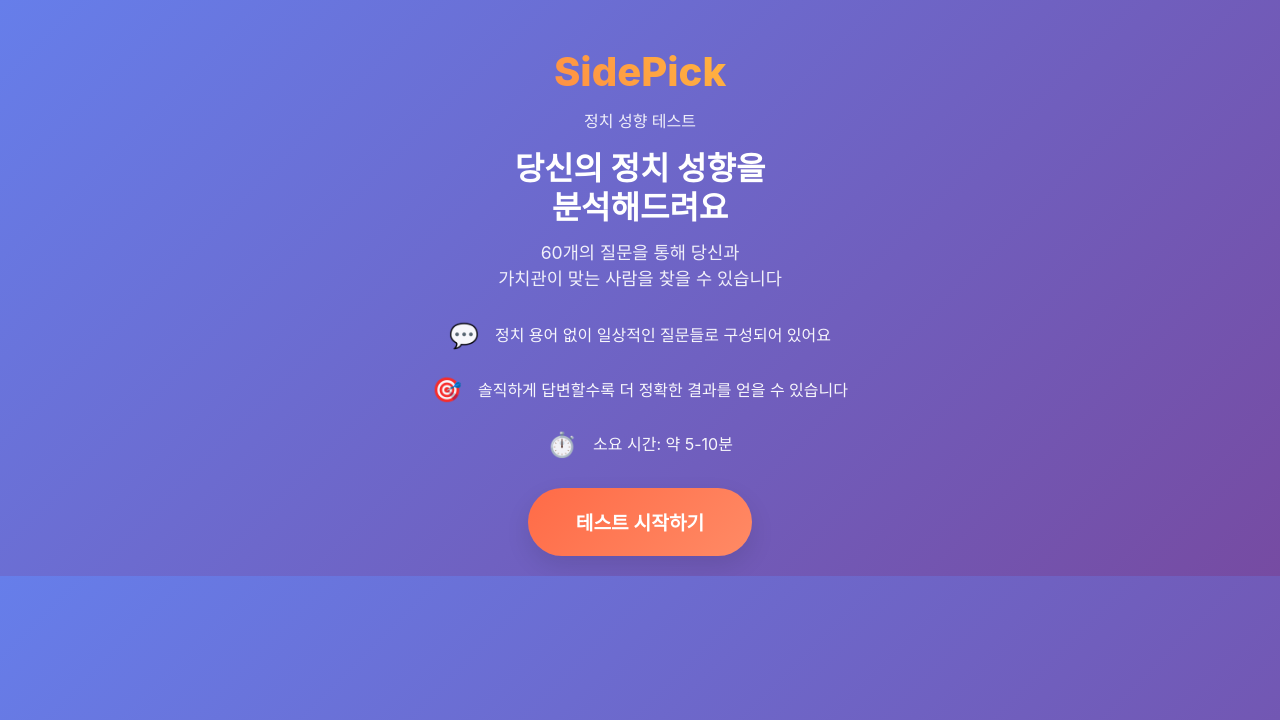
Repository: BaeEunho/sidepick
Page: test.html
The author's editor kept a copy of each file at every save. The page is drawn from the files as they stood at one save, then again after the next save.
The browser window is 1280 px wide. The pictures show the whole page.

Above is the page before, as saved 2025-07-06 11:26:16.

### test.html
<!DOCTYPE html>
<html lang="ko">
<head>
    <!-- Google Tag Manager -->
    <script>(function(w,d,s,l,i){w[l]=w[l]||[];w[l].push({'gtm.start':
    new Date().getTime(),event:'gtm.js'});var f=d.getElementsByTagName(s)[0],
    j=d.createElement(s),dl=l!='dataLayer'?'&l='+l:'';j.async=true;j.src=
    'https://www.googletagmanager.com/gtm.js?id='+i+dl;f.parentNode.insertBefore(j,f);
    })(window,document,'script','dataLayer','GTM-NBFJXK8L');</script>
    <!-- End Google Tag Manager -->
    <meta charset="UTF-8">
    <meta name="viewport" content="width=device-width, initial-scale=1.0, user-scalable=no, maximum-scale=1.0">
    <title>SidePick 정치 성향 테스트</title>
    <link rel="stylesheet" href="test-style.css">
</head>
<body>
    <!-- 테스트 시작 화면 -->
    <div id="intro-screen" class="screen active">
        <div class="container">
            <div class="intro-content">
                <div class="logo">
                    <h1>SidePick</h1>
                    <div class="logo-subtitle">정치 성향 테스트</div>
                </div>

                <div class="intro-text">
                    <h2>당신의 정치 성향을<br>분석해드려요</h2>
                    <p class="subtitle">60개의 질문을 통해 당신과<br>가치관이 맞는 사람을 찾을 수 있습니다</p>

                    <div class="features">
                        <div class="feature-item">
                            <span class="icon">💬</span>
                            <span>정치 용어 없이 일상적인 질문들로 구성되어 있어요</span>
                        </div>
                        <div class="feature-item">
                            <span class="icon">🎯</span>
                            <span>솔직하게 답변할수록 더 정확한 결과를 얻을 수 있습니다</span>
                        </div>
                        <div class="feature-item">
                            <span class="icon">⏱️</span>
                            <span>소요 시간: 약 5-10분</span>
                        </div>
                    </div>
                </div>

                <button id="start-test-btn" class="start-btn">테스트 시작하기</button>
            </div>
        </div>
    </div>

    <!-- 질문 화면 -->
    <div id="question-screen" class="screen">
        <div class="container">
            <!-- 상단 진행률 -->
            <div class="progress-section">
                <div class="progress-info">
                    <span id="current-question">1</span> / <span id="total-questions">60</span>
                </div>
                <div class="progress-bar">
                    <div id="progress-fill" class="progress-fill"></div>
                </div>
            </div>

            <!-- 질문 영역 -->
            <div class="question-content">
                <h2 id="question-text" class="question-text">
                    회사가 어려울 때 정부가 지원하는 것이 필요하다고 생각해요
                </h2>

                <!-- 답변 옵션 -->
                <div class="answer-options">
                    <button class="answer-btn" data-value="1">
                        <span class="answer-text">매우 반대해요</span>
                        <span class="answer-value">1</span>
                    </button>
                    <button class="answer-btn" data-value="2">
                        <span class="answer-text">반대해요</span>
                        <span class="answer-value">2</span>
                    </button>
                    <button class="answer-btn neutral" data-value="3">
                        <span class="answer-text">보통이에요</span>
                        <span class="answer-value">3</span>
                    </button>
                    <button class="answer-btn" data-value="4">
                        <span class="answer-text">찬성해요</span>
                        <span class="answer-value">4</span>
                    </button>
                    <button class="answer-btn" data-value="5">
                        <span class="answer-text">매우 찬성해요</span>
                        <span class="answer-value">5</span>
                    </button>
                </div>
            </div>

            <!-- 하단 네비게이션 -->
            <div class="navigation">
                <button id="prev-btn" class="nav-btn secondary" disabled>이전</button>
                <button id="next-btn" class="nav-btn primary" disabled>다음</button>
            </div>
        </div>
    </div>

    <!-- 결과 화면 -->
    <div id="result-screen" class="screen">
        <div class="container">
            <div class="result-content">
                <div class="result-header">
                    <h2>당신의 정치 성향은</h2>
                    <div id="result-type" class="result-type">시장개방형</div>
                    <div id="result-code" class="result-code">MPOS</div>
                </div>

                <div id="result-description" class="result-description">
                    <p>당신은 시장 경제를 지지하면서도 사회적 진보를 추구하는 성향을 가지고 있습니다.
                    자유로운 경제 활동을 중요하게 생각하지만, 동시에 사회적 다양성과 개방성을 지지합니다.</p>
                </div>

                <!-- 점수 차트 -->
                <div class="score-chart">
                    <h3>상세 점수</h3>
                    <div class="chart-container">
                        <div class="chart-item">
                            <div class="chart-label">
                                <span class="label-left">정부개입</span>
                                <span class="label-right">시장경제</span>
                            </div>
                            <div class="chart-bar">
                                <div id="economic-bar" class="chart-fill" style="width: 70%; margin-left: 50%;"></div>
                            </div>
                        </div>

                        <div class="chart-item">
                            <div class="chart-label">
                                <span class="label-left">보수사회</span>
                                <span class="label-right">진보사회</span>
                            </div>
                            <div class="chart-bar">
                                <div id="social-bar" class="chart-fill" style="width: 60%; margin-left: 50%;"></div>
                            </div>
                        </div>

                        <div class="chart-item">
                            <div class="chart-label">
                                <span class="label-left">전통문화</span>
                                <span class="label-right">개방문화</span>
                            </div>
                            <div class="chart-bar">
                                <div id="culture-bar" class="chart-fill" style="width: 80%; margin-left: 50%;"></div>
                            </div>
                        </div>

                        <div class="chart-item">
                            <div class="chart-label">
                                <span class="label-left">전문가주도</span>
                                <span class="label-right">시민참여</span>
                            </div>
                            <div class="chart-bar">
                                <div id="participation-bar" class="chart-fill" style="width: 65%; margin-left: 50%;"></div>
                            </div>
                        </div>
                    </div>
                </div>

                <!-- CTA 버튼들 -->
                <div class="result-actions">
                    <button id="get-matching-btn" class="cta-btn primary large">
                        매칭 받기 (6,900원)
                    </button>
                    <button id="save-result-btn" class="cta-btn secondary">
                        결과만 저장하기
                    </button>
                    <button id="share-result-btn" class="cta-btn tertiary">
                        결과 공유하기
                    </button>
                </div>

                <!-- 다시 테스트하기 -->
                <div class="restart-section">
                    <button id="restart-test-btn" class="restart-btn">
                        다시 테스트하기
                    </button>
                </div>
            </div>
        </div>
    </div>

    <!-- 로딩 화면 -->
    <div id="loading-screen" class="screen">
        <div class="container">
            <div class="loading-content">
                <div class="loading-spinner"></div>
                <h2>결과를 분석하고 있어요...</h2>
                <p>잠시만 기다려주세요</p>
            </div>
        </div>
    </div>

    <!-- JavaScript 파일들 -->
    <script src="questions.js"></script>
    <script src="results.js"></script>
    <script src="result-data.js"></script>
    <script src="test-script.js"></script>
</body>
</html>

### test-style.css
/* Reset and Base Styles */
* {
  margin: 0;
  padding: 0;
  box-sizing: border-box;
}

html {
  min-height: auto !important;
  margin: 0;
  padding: 0;
  overflow: hidden;
}

body {
  font-family: -apple-system, BlinkMacSystemFont, "Segoe UI", "Roboto",
    "Helvetica Neue", Arial, sans-serif;
  line-height: 1.6;
  color: #2c3e50;
  background: linear-gradient(135deg, #667eea 0%, #764ba2 100%);
  height: auto !important;
  /* min-height: auto !important;
  max-height: none !important; */
  overflow-x: hidden;
  overflow-y: hidden;
  margin: 0;
  padding: 0;
  min-height: 100%;
}

/* Color Variables */
:root {
  --primary-navy: #1e3a8a;
  --dark-navy: #1e293b;
  --light-navy: #3b82f6;
  --coral: #ff6b47;
  --coral-hover: #e55a3b;
  --gray-50: #f8fafc;
  --gray-100: #f1f5f9;
  --gray-200: #e2e8f0;
  --gray-300: #cbd5e1;
  --gray-600: #475569;
  --gray-800: #1e293b;
  --white: #ffffff;
  --shadow: 0 10px 25px rgba(0, 0, 0, 0.1);
  --shadow-lg: 0 20px 40px rgba(0, 0, 0, 0.15);
}

/* Screen Management */
.screen {
  position: absolute;
  top: 0;
  left: 0;
  width: 100%;
  height: 0;
  overflow: hidden;
  display: none !important;
  align-items: flex-start;
  justify-content: center;
  opacity: 0;
  visibility: hidden;
  z-index: 1;
  padding: 0;
  margin: 0;
  box-sizing: border-box;
}

.screen.active {
  position: relative !important;
  height: auto !important;
  overflow: visible !important;
  display: flex !important;
  opacity: 1;
  visibility: visible;
  z-index: 10;
  padding: 10px;
}

.container {
  max-width: 800px;
  width: 100%;
  padding: 0 20px;
}

/* Intro Screen */
#intro-screen {
  background: linear-gradient(135deg, #667eea 0%, #764ba2 100%);
  min-height: auto;
  height: auto;
  align-items: flex-start;
  padding-top: 40px;
  padding-bottom: 20px;
  display: none !important;
}

#intro-screen.active {
  position: relative !important;
  height: auto !important;
  overflow: visible !important;
  display: flex !important;
  opacity: 1 !important;
  visibility: visible !important;
  padding: 40px 10px 20px 10px;
}

.intro-content {
  text-align: center;
  color: white;
  width: 100%;
  max-width: 600px;
  margin: 0 auto;
  padding: 0;
}

.logo h1 {
  font-size: 2.5rem;
  font-weight: 800;
  margin-bottom: 0.3rem;
  background: linear-gradient(45deg, #ff6b47, #ffd93d);
  -webkit-background-clip: text;
  -webkit-text-fill-color: transparent;
  background-clip: text;
}

.logo-subtitle {
  font-size: 1rem;
  margin-bottom: 1rem;
  opacity: 0.9;
}

.intro-text h2 {
  font-size: 2rem;
  font-weight: 700;
  margin-bottom: 0.8rem;
  line-height: 1.2;
}

.intro-text .subtitle {
  font-size: 1.1rem;
  margin-bottom: 1.5rem;
  opacity: 0.9;
  line-height: 1.5;
}

.features {
  margin-bottom: 1.5rem;
}

.feature-item {
  display: flex;
  align-items: center;
  justify-content: center;
  margin-bottom: 1rem;
  font-size: 1rem;
  opacity: 0.95;
}

.feature-item .icon {
  font-size: 1.5rem;
  margin-right: 1rem;
}

/* Buttons */
.start-btn,
.cta-btn,
.nav-btn {
  font-family: inherit;
  font-size: 1.1rem;
  font-weight: 600;
  padding: 1rem 2rem;
  border: none;
  border-radius: 50px;
  cursor: pointer;
  transition: all 0.3s ease;
  text-decoration: none;
  display: inline-block;
  text-align: center;
}

.start-btn {
  background: linear-gradient(135deg, var(--coral) 0%, #ff8a65 100%);
  color: white;
  padding: 1.25rem 3rem;
  font-size: 1.2rem;
  box-shadow: var(--shadow);
  margin-top: 0;
  margin-bottom: 0;
}

.start-btn:hover {
  background: linear-gradient(135deg, var(--coral-hover) 0%, #ff7043 100%);
  transform: translateY(-2px);
  box-shadow: var(--shadow-lg);
}

/* Question Screen */
#question-screen {
  background: transparent;
  display: none !important;
}

#question-screen.active {
  display: flex !important;
}

.progress-section {
  margin-bottom: 1.5rem;
  background: white;
  padding: 1rem;
  border-radius: 15px;
  box-shadow: var(--shadow);
}

.progress-info {
  text-align: center;
  font-size: 1rem;
  font-weight: 600;
  color: var(--gray-600);
  margin-bottom: 0.8rem;
}

.progress-bar {
  width: 100%;
  height: 8px;
  background: var(--gray-200);
  border-radius: 4px;
  overflow: hidden;
}

.progress-fill {
  height: 100%;
  background: linear-gradient(90deg, var(--coral), var(--light-navy));
  border-radius: 4px;
  transition: width 0.3s ease;
  width: 0%;
}

.question-content {
  background: white;
  padding: 2rem 1.5rem;
  border-radius: 20px;
  box-shadow: var(--shadow);
  margin-bottom: 1rem;
  text-align: center;
}

.question-text {
  font-size: 1.8rem;
  font-weight: 600;
  margin-bottom: 2rem;
  line-height: 1.4;
  color: var(--dark-navy);
}

.answer-options {
  display: flex;
  flex-direction: column;
  gap: 1rem;
  max-width: 500px;
  margin: 0 auto;
}

.answer-btn {
  display: flex;
  justify-content: space-between;
  align-items: center;
  padding: 1.25rem 1.5rem;
  background: var(--gray-100);
  border: 2px solid transparent;
  border-radius: 12px;
  cursor: pointer;
  transition: all 0.3s ease;
  font-size: 1rem;
  font-weight: 500;
}

.answer-btn:hover {
  background: var(--gray-200);
  transform: translateY(-2px);
  box-shadow: 0 4px 12px rgba(0, 0, 0, 0.1);
}

.answer-btn.selected {
  background: var(--coral);
  color: white;
  border-color: var(--coral);
}

.answer-btn.neutral {
  background: var(--gray-200);
}

.answer-btn.neutral:hover {
  background: var(--gray-300);
}

.answer-value {
  font-weight: 600;
  opacity: 0.7;
}

.answer-btn.selected .answer-value {
  opacity: 1;
}

/* Navigation */
.navigation {
  display: flex;
  justify-content: space-between;
  gap: 1rem;
}

.nav-btn {
  flex: 1;
  max-width: 200px;
}

.nav-btn.primary {
  background: var(--coral);
  color: white;
}

.nav-btn.primary:hover:not(:disabled) {
  background: var(--coral-hover);
}

.nav-btn.secondary {
  background: var(--gray-200);
  color: var(--gray-600);
}

.nav-btn.secondary:hover:not(:disabled) {
  background: var(--gray-300);
}

.nav-btn:disabled {
  opacity: 0.5;
  cursor: not-allowed;
}

/* Result Screen */
#result-screen {
  background: transparent;
  display: none !important;
}

#result-screen.active {
  display: flex !important;
}

.result-content {
  background: white;
  padding: 3rem 2rem;
  border-radius: 20px;
  box-shadow: var(--shadow);
  text-align: center;
}

.result-header {
  margin-bottom: 3rem;
}

.result-header h2 {
  font-size: 1.5rem;
  margin-bottom: 1rem;
  color: var(--gray-600);
}

.result-type {
  font-size: 2.5rem;
  font-weight: 800;
  color: var(--dark-navy);
  margin-bottom: 0.5rem;
}

.result-code {
  font-size: 1.2rem;
  color: var(--coral);
  font-weight: 600;
  background: var(--gray-100);
  padding: 0.5rem 1rem;
  border-radius: 20px;
  display: inline-block;
}

.result-description {
  font-size: 1.1rem;
  line-height: 1.7;
  color: var(--gray-600);
  margin-bottom: 3rem;
  max-width: 600px;
  margin-left: auto;
  margin-right: auto;
}

/* Score Chart */
.score-chart {
  margin-bottom: 3rem;
}

.score-chart h3 {
  font-size: 1.5rem;
  margin-bottom: 2rem;
  color: var(--dark-navy);
}

.chart-container {
  max-width: 500px;
  margin: 0 auto;
}

.chart-item {
  margin-bottom: 2rem;
}

.chart-label {
  display: flex;
  justify-content: space-between;
  margin-bottom: 0.5rem;
  font-size: 0.9rem;
  color: var(--gray-600);
}

.chart-bar {
  position: relative;
  height: 20px;
  background: var(--gray-200);
  border-radius: 10px;
  overflow: hidden;
}

.chart-fill {
  position: absolute;
  top: 0;
  height: 100%;
  background: linear-gradient(90deg, var(--coral), var(--light-navy));
  border-radius: 10px;
  transition: all 0.8s ease;
}

/* CTA Buttons */
.result-actions {
  display: flex;
  flex-direction: column;
  gap: 1rem;
  margin-bottom: 2rem;
  align-items: center;
}

.cta-btn.large {
  padding: 1.25rem 3rem;
  font-size: 1.2rem;
}

.cta-btn.primary {
  background: var(--coral);
  color: white;
}

.cta-btn.primary:hover {
  background: var(--coral-hover);
}

.cta-btn.secondary {
  background: var(--gray-200);
  color: var(--gray-600);
}

.cta-btn.secondary:hover {
  background: var(--gray-300);
}

.cta-btn.tertiary {
  background: transparent;
  color: var(--coral);
  border: 2px solid var(--coral);
}

.cta-btn.tertiary:hover {
  background: var(--coral);
  color: white;
}

.restart-section {
  margin-top: 2rem;
  padding-top: 2rem;
  border-top: 1px solid var(--gray-200);
}

.restart-btn {
  background: none;
  border: none;
  color: var(--gray-600);
  text-decoration: underline;
  cursor: pointer;
  font-size: 1rem;
}

.restart-btn:hover {
  color: var(--dark-navy);
}

/* Loading Screen */
#loading-screen {
  background: transparent;
  display: none !important;
}

#loading-screen.active {
  display: flex !important;
}

.loading-content {
  text-align: center;
  color: var(--dark-navy);
}

.loading-spinner {
  width: 60px;
  height: 60px;
  border: 4px solid var(--gray-200);
  border-top: 4px solid var(--coral);
  border-radius: 50%;
  animation: spin 1s linear infinite;
  margin: 0 auto 2rem;
}

@keyframes spin {
  0% {
    transform: rotate(0deg);
  }
  100% {
    transform: rotate(360deg);
  }
}

.loading-content h2 {
  font-size: 1.8rem;
  margin-bottom: 1rem;
}

.loading-content p {
  font-size: 1.1rem;
  color: var(--gray-600);
}

/* Responsive Design */
@media (max-width: 768px) {
  .container {
    padding: 0 15px;
  }

  .screen {
    padding: 10px;
  }

  .intro-text h2 {
    font-size: 2rem;
  }

  .intro-text .subtitle {
    font-size: 1.1rem;
  }

  .features {
    margin-bottom: 2rem;
  }

  .intro-text h2 {
    margin-bottom: 1rem;
  }

  .intro-text .subtitle {
    margin-bottom: 2rem;
  }

  .question-text {
    font-size: 1.5rem;
  }

  .question-content {
    padding: 1rem 0.8rem;
    margin-bottom: 1rem;
  }

  .question-text {
    margin-bottom: 1.5rem;
  }

  .progress-section {
    margin-bottom: 1.5rem;
  }

  .result-content {
    padding: 2rem 1.5rem;
  }

  .result-type {
    font-size: 2rem;
  }

  .feature-item {
    flex-direction: column;
    text-align: center;
    gap: 0.5rem;
  }

  .feature-item .icon {
    margin-right: 0;
    margin-bottom: 0.5rem;
  }

  .navigation {
    flex-direction: column;
  }

  .result-actions {
    width: 100%;
  }

  .cta-btn {
    width: 100%;
    max-width: 300px;
  }
}

@media (max-width: 480px) {
  .logo h1 {
    font-size: 2.5rem;
  }

  .intro-text h2 {
    font-size: 1.8rem;
  }

  .question-text {
    font-size: 1.3rem;
  }

  .answer-btn {
    padding: 1rem;
    font-size: 0.9rem;
  }

  .result-type {
    font-size: 1.8rem;
  }

  .screen {
    padding: 5px;
  }

  .question-content {
    padding: 0.8rem 0.5rem;
    margin-bottom: 0.5rem;
  }

  .container {
    padding: 0 10px;
  }
}

/* Smooth transitions - 모바일 최적화 */
.screen {
  transition: none;
}

/* Focus styles for accessibility */
button:focus,
.answer-btn:focus {
  outline: 2px solid var(--coral);
  outline-offset: 2px;
}

/* Animation classes */
.fade-in {
  animation: fadeIn 0.5s ease forwards;
}

.slide-in {
  animation: slideIn 0.5s ease forwards;
}

@keyframes fadeIn {
  from {
    opacity: 0;
    transform: translateY(20px);
  }
  to {
    opacity: 1;
    transform: translateY(0);
  }
}

@keyframes slideIn {
  from {
    opacity: 0;
    transform: translateX(30px);
  }
  to {
    opacity: 1;
    transform: translateX(0);
  }
}

Loaded but not shown: result-data.js (406 lines, source omitted); test-script.js (514 lines, source omitted); questions.js (388 lines, source omitted); results.js (209 lines, source omitted)

After the next save:
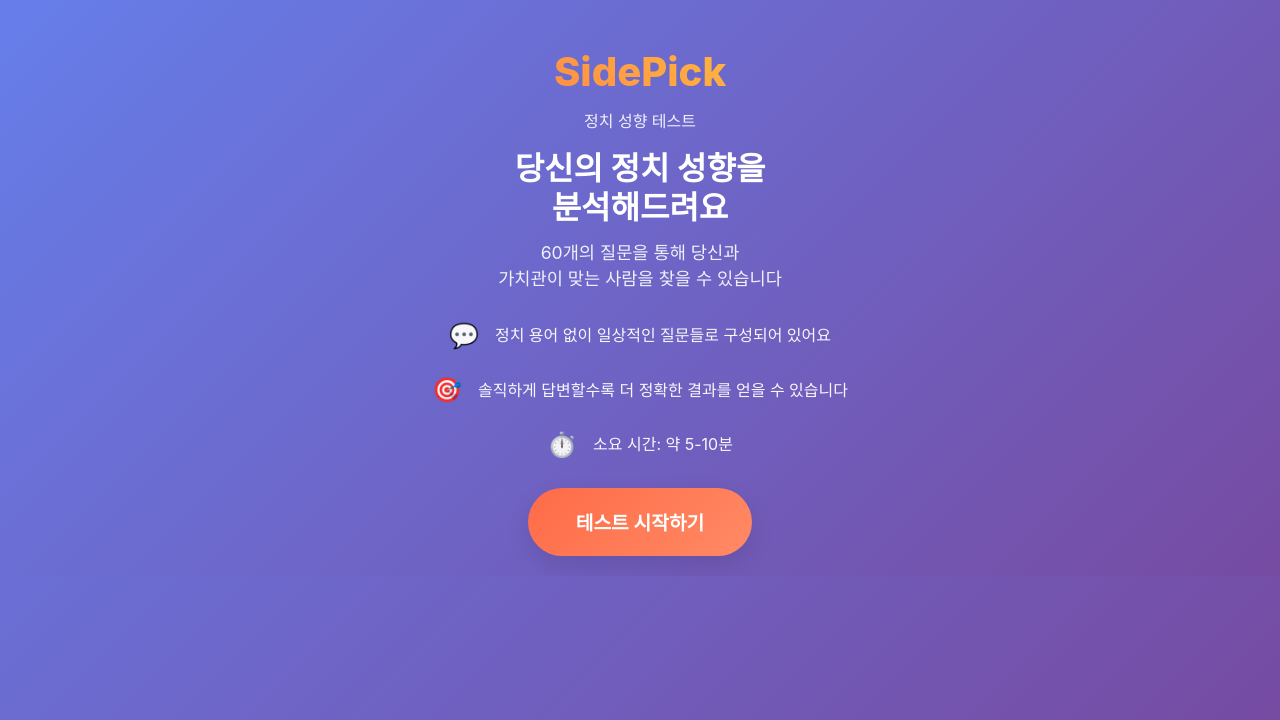
Saved 4 s later.
--- a/test-style.css
+++ b/test-style.css
@@ -6,7 +6,7 @@
 }
 
 html {
-  min-height: auto !important;
+  min-height: 100%;
   margin: 0;
   padding: 0;
   overflow: hidden;
